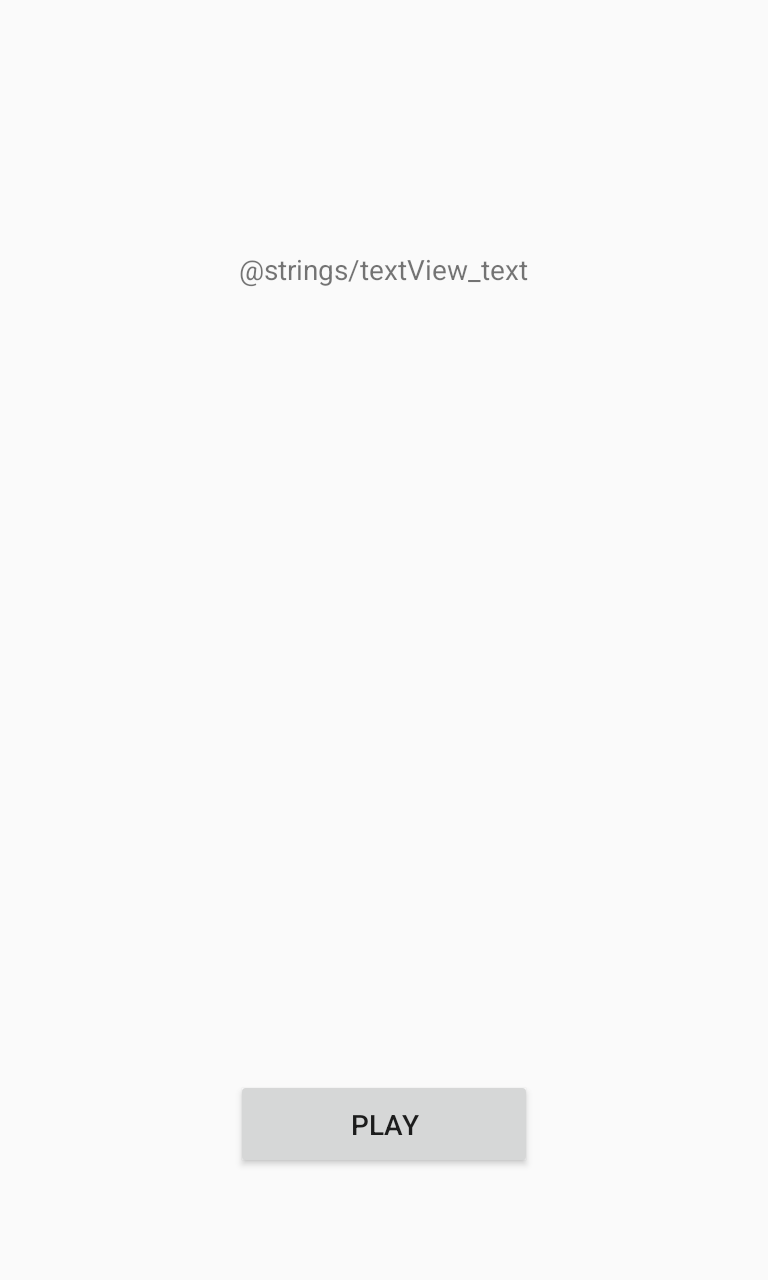
Repository: AlvaroCortez/Assigment2
Layout: AudioPlayer/res/layout/media_player_layout.xml
These files come from the project's save history. The layout is drawn as it stood at one moment and after the next save; the edit follows.
It is drawn on a 768 x 1280 px phone screen (xhdpi) without system bars, with theme AppTheme; the app's code is not run.

Above is the layout before, as saved 2014-06-03 11:28:53.

### AudioPlayer/res/layout/media_player_layout.xml
<?xml version="1.0" encoding="utf-8"?>
<RelativeLayout xmlns:android="http://schemas.android.com/apk/res/android"
    android:layout_width="match_parent"
    android:layout_height="match_parent" >

    <Button
        android:id="@+id/audio_button"
        android:layout_width="150dp"
        android:layout_height="wrap_content"
        android:layout_alignParentBottom="true"
        android:layout_centerHorizontal="true"
        android:layout_marginBottom="54dp"
        android:text="@string/button_text"
        android:onClick="" />

    <TextView
        android:id="@+id/textView1"
        android:layout_width="wrap_content"
        android:layout_height="wrap_content"
        android:layout_alignParentTop="true"
        android:layout_centerHorizontal="true"
        android:layout_marginTop="125dp"
        android:text="@strings/textView_text" />

</RelativeLayout>

### AudioPlayer/res/values/strings.xml
<?xml version="1.0" encoding="utf-8"?>
<resources>

    <string name="app_name">AudioPlayer</string>
    <string name="hello_world">Hello world!</string>
    <string name="action_settings">Settings</string>
    <string name="button_text">Play</string>
    <string name="textView_text">Idle</string>

</resources>

Loaded but not shown: AudioPlayer/res/values/styles.xml (common file); AudioPlayer/res/values-v11/styles.xml (common file); AudioPlayer/res/values-v14/styles.xml (common file)

After the next save:
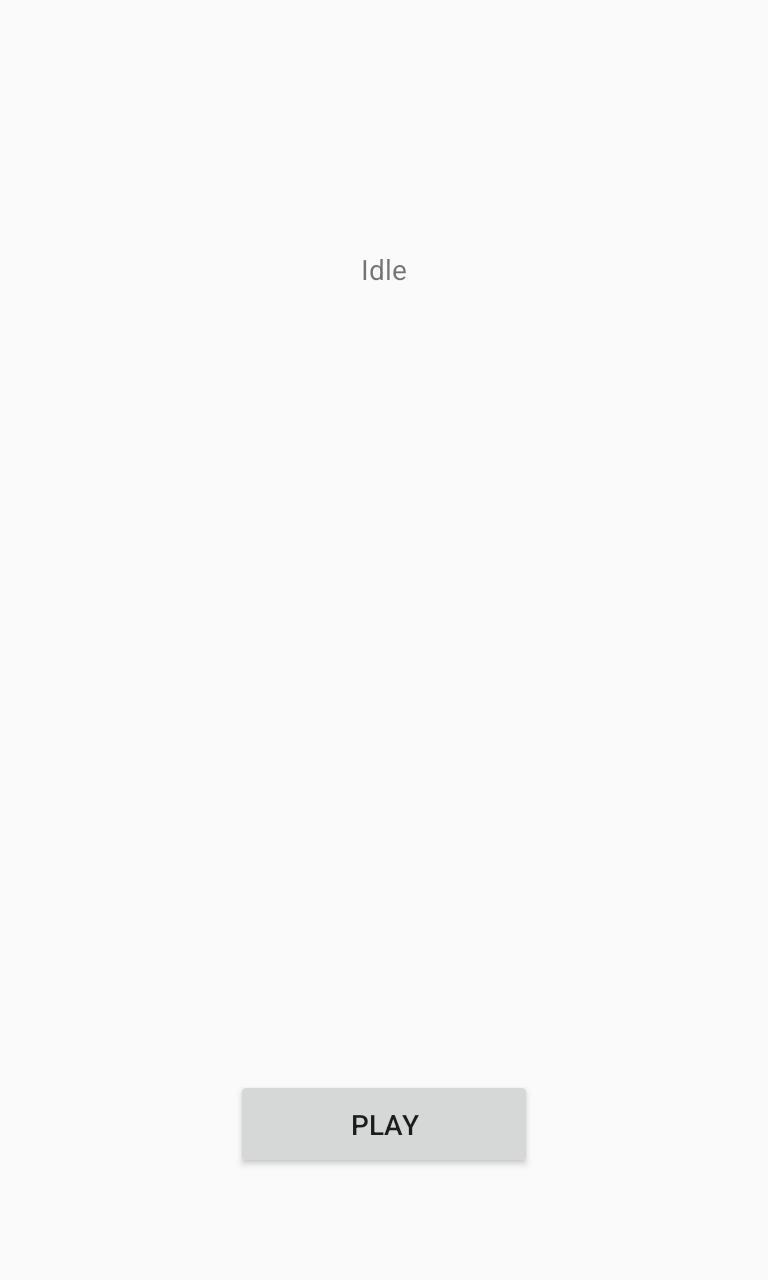
Saved 39 s later.
--- a/AudioPlayer/res/layout/media_player_layout.xml
+++ b/AudioPlayer/res/layout/media_player_layout.xml
@@ -20,6 +20,6 @@
         android:layout_alignParentTop="true"
         android:layout_centerHorizontal="true"
         android:layout_marginTop="125dp"
-        android:text="@strings/textView_text" />
+        android:text="@string/textView_text" />
 
 </RelativeLayout>
